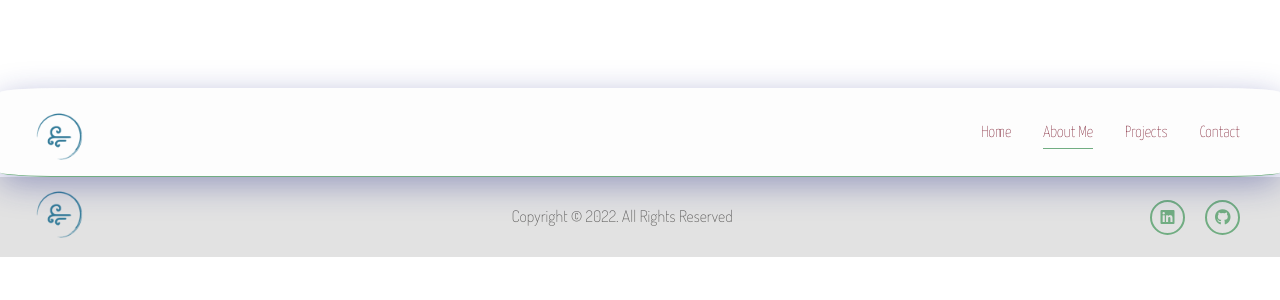
Repository: TrellixVulnTeam/pre-work_928R
Page: deploy/about.html
An editor plug-in stored every save of this project. The page is shown before and after the next save, followed by the edit.
The browser window is 1280 px wide. The pictures show the whole page.
Some web libraries are served in a nearby version. The style sheet was rebuilt from its Sass, Less or Tailwind sources for each picture, by a compiler version that may differ from the author's.

Above is the page before, as saved 2022-04-20 11:25:32.

After the next save:
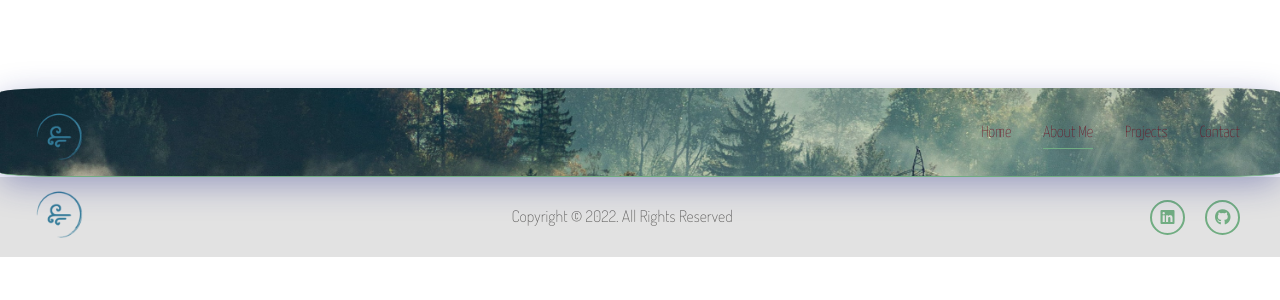
Saved 17 s later.
--- a/scss/config.scss
+++ b/scss/config.scss
@@ -110,12 +110,10 @@ $bg-image: url("../img/hero_image3.jpeg");
     // Inner Header
     &-inner {
         background: $bg-image no-repeat 40% 50% / cover;
-
         border-bottom: 1px $styleText solid;
         margin-top: 5.5rem;
         border-radius: 5%;
         height: 5.5rem;
-        background: rgba(245, 242, 242, 0.2);
         box-shadow: 0 8px 32px 0 rgba(31, 38, 135, 0.37);
         backdrop-filter: blur(4.5px);
         -webkit-backdrop-filter: blur(5px);
